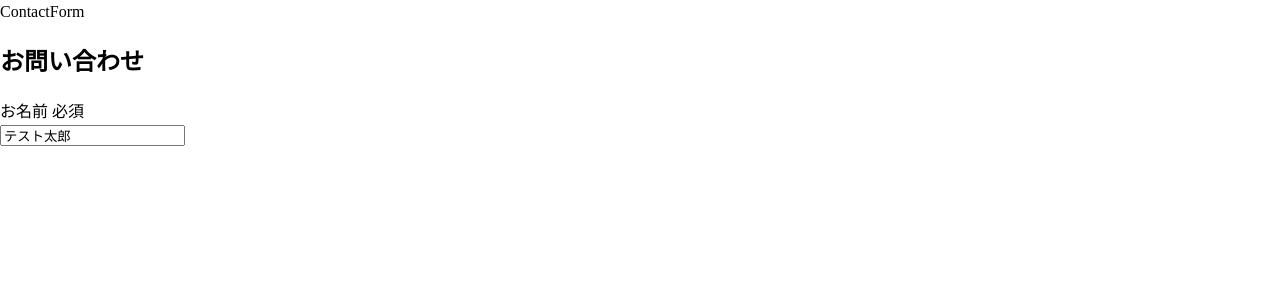
Repository: mayu-ya/my-contact-form
Page: http://localhost/
These files come from the project's save history. The page is drawn as it stood at one moment and after the next save; the edit follows.
The browser window is 1280 px wide. The pictures show the whole page.
The page is served by the project's Laravel application, run on PHP 8.4 with Laravel 8. Other server files are loaded and not shown.

Above is the page before, as saved 2025-12-26 00:23:18.

### src/routes/web.php
<?php

use Illuminate\Support\Facades\Route;
use App\Http\Controllers\ContactController;

/*
|--------------------------------------------------------------------------
| Web Routes
|--------------------------------------------------------------------------
|
| Here is where you can register web routes for your application. These
| routes are loaded by the RouteServiceProvider within a group which
| contains the "web" middleware group. Now create something great!
|
*/

Route::get('/', [ContactController::class,'index']);

### src/app/Http/Controllers/ContactController.php
<?php

namespace App\Http\Controllers;

use Illuminate\Http\Request;

class ContactController extends Controller
{
    public function index()
    {
        return view('index');
    }
}

### src/resources/views/index.blade.php
@extends('layouts.app')

@section('css')
<link rel="stylesheet" href="{{ asset('css/index.css') }}">
@endsection

@section('content')
<div class="form-content">
    <div class="form-title">
        <h2 class="form-title-con">お問い合わせ</h2>
    </div>

    <form class="form">
        <div class="form-name">
            <div class="form-name-content">
                <span class="form-name-content_name">お名前</span>
                <span class="form-name-content_re">必須</span>
            </div>
            <div class="form-name_create">
                <input type="text" name="name" value="テスト太郎">
            </div>
        </div>

        <div class="form-button">
            <button class="form-button_create>作成</button>
        </div>
    </form>
</div>
@endsection

### src/resources/views/layouts/app.blade.php
<!DOCTYPE html>
<html lang="ja">
<head>
    <meta charset="UTF-8">
    <meta name="viewport" content="width=device-width, initial-scale=1.0">
    <title>Contact Form</title>
    <link rel="stylesheet" href="{{ asset('css/sanitize.css') }}">
    @yield('css')
</head>
<body>
    <header class="header">
        <div class="header-title">ContactForm</div>
    </header>

    <main>
        @yield('content')
    </main>
</body>
</html>

### src/public/css/sanitize.css
/* Document
* ========================================================================== */

/**
* Add border box sizing in all browsers (opinionated).
*/

*,
::before,
::after {
  box-sizing: border-box;
}

/**
* 1. Add text decoration inheritance in all browsers (opinionated).
* 2. Add vertical alignment inheritance in all browsers (opinionated).
*/

::before,
::after {
  vertical-align: inherit;
  /* 2 */
  text-decoration: inherit;
  /* 1 */
}

/**
* 1. Use the default cursor in all browsers (opinionated).
* 2. Change the line height in all browsers (opinionated).
* 3. Use a 4-space tab width in all browsers (opinionated).
* 4. Remove the grey highlight on links in iOS (opinionated).
* 5. Prevent adjustments of font size after orientation changes in
*    IE on Windows Phone and in iOS.
* 6. Breaks words to prevent overflow in all browsers (opinionated).
*/

html {
  word-break: break-word;
  /* 6 */
  -moz-tab-size: 4;
  /* 3 */
  tab-size: 4;
  /* 3 */
  line-height: 1.5;
  /* 2 */
  cursor: default;
  /* 1 */

  -webkit-tap-highlight-color: transparent
    /* 4 */
  ;
  -ms-text-size-adjust: 100%;
  /* 5 */
  -webkit-text-size-adjust: 100%;
  /* 5 */
}

/* Sections
* ========================================================================== */

/**
* Remove the margin in all browsers (opinionated).
*/

body {
  margin: 0;
}

/**
* Correct the font size and margin on `h1` elements within `section` and
* `article` contexts in Chrome, Edge, Firefox, and Safari.
*/

h1 {
  margin: 0.67em 0;
  font-size: 2em;
}

/* Grouping content
* ========================================================================== */

/**
* Remove the margin on nested lists in Chrome, Edge, IE, and Safari.
*/

dl dl,
dl ol,
dl ul,
ol dl,
ul dl {
  margin: 0;
}

/**
* Remove the margin on nested lists in Edge 18- and IE.
*/

ol ol,
ol ul,
ul ol,
ul ul {
  margin: 0;
}

/**
* 1. Add the correct sizing in Firefox.
* 2. Show the overflow in Edge 18- and IE.
*/

hr {
  overflow: visible;
  /* 2 */
  height: 0;
  /* 1 */
}

/**
* Add the correct display in IE.
*/

main {
  display: block;
}

/**
* Remove the list style on navigation lists in all browsers (opinionated).
*/

nav ol,
nav ul {
  padding: 0;
  list-style: none;
}

/**
* 1. Correct the inheritance and scaling of font size in all browsers.
* 2. Correct the odd `em` font sizing in all browsers.
*/

pre {
  font-size: 1em;
  /* 2 */
  font-family: monospace, monospace;
  /* 1 */
}

/* Text-level semantics
* ========================================================================== */

/**
* Remove the gray background on active links in IE 10.
*/

a {
  background-color: transparent;
}

/**
* Add the correct text decoration in Edge 18-, IE, and Safari.
*/

abbr[title] {
  text-decoration: underline;
  text-decoration: underline dotted;
}

/**
* Add the correct font weight in Chrome, Edge, and Safari.
*/

b,
strong {
  font-weight: bolder;
}

/**
* 1. Correct the inheritance and scaling of font size in all browsers.
* 2. Correct the odd `em` font sizing in all browsers.
*/

code,
kbd,
samp {
  font-size: 1em;
  /* 2 */
  font-family: monospace, monospace;
  /* 1 */
}

/**
* Add the correct font size in all browsers.
*/

small {
  font-size: 80%;
}

/* Embedded content
* ========================================================================== */

/*
* Change the alignment on media elements in all browsers (opinionated).
*/

audio,
canvas,
iframe,
img,
svg,
video {
  vertical-align: middle;
}

/**
* Add the correct display in IE 9-.
*/

audio,
video {
  display: inline-block;
}

/**
* Add the correct display in iOS 4-7.
*/

audio:not([controls]) {
  display: none;
  height: 0;
}

/**
* Remove the border on iframes in all browsers (opinionated).
*/

iframe {
  border-style: none;
}

/**
* Remove the border on images within links in IE 10-.
*/

img {
  border-style: none;
}

/**
* Change the fill color to match the text color in all browsers (opinionated).
*/

svg:not([fill]) {
  fill: currentColor;
}

/**
* Hide the overflow in IE.
*/

svg:not(:root) {
  overflow: hidden;
}

/* Tabular data
* ========================================================================== */

/**
* Collapse border spacing in all browsers (opinionated).
*/

table {
  border-collapse: collapse;
}

/* Forms
* ========================================================================== */

/**
* Remove the margin on controls in Safari.
*/

button,
input,
select {
  margin: 0;
}

/**
* 1. Show the overflow in IE.
* 2. Remove the inheritance of text transform in Edge 18-, Firefox, and IE.
*/

button {
  overflow: visible;
  /* 1 */
  text-transform: none;
  /* 2 */
}

/**
* Correct the inability to style buttons in iOS and Safari.
*/

button,
[type="button"],
[type="reset"],
[type="submit"] {
  -webkit-appearance: button;
}

/**
* 1. Change the inconsistent appearance in all browsers (opinionated).
* 2. Correct the padding in Firefox.
*/

fieldset {
  padding: 0.35em 0.75em 0.625em;
  /* 2 */
  border: 1px solid #a0a0a0;
  /* 1 */
}

/**
* Show the overflow in Edge 18- and IE.
*/

input {
  overflow: visible;
}

/**
* 1. Correct the text wrapping in Edge 18- and IE.
* 2. Correct the color inheritance from `fieldset` elements in IE.
*/

legend {
  display: table;
  /* 1 */
  max-width: 100%;
  /* 1 */
  color: inherit;
  /* 2 */
  white-space: normal;
  /* 1 */
}

/**
* 1. Add the correct display in Edge 18- and IE.
* 2. Add the correct vertical alignment in Chrome, Edge, and Firefox.
*/

progress {
  display: inline-block;
  /* 1 */
  vertical-align: baseline;
  /* 2 */
}

/**
* Remove the inheritance of text transform in Firefox.
*/

select {
  text-transform: none;
}

/**
* 1. Remove the margin in Firefox and Safari.
* 2. Remove the default vertical scrollbar in IE.
* 3. Change the resize direction in all browsers (opinionated).
*/

textarea {
  overflow: auto;
  /* 2 */
  margin: 0;
  /* 1 */
  resize: vertical;
  /* 3 */
}

/**
* Remove the padding in IE 10-.
*/

[type="checkbox"],
[type="radio"] {
  padding: 0;
}

/**
* 1. Correct the odd appearance in Chrome, Edge, and Safari.
* 2. Correct the outline style in Safari.
*/

[type="search"] {
  outline-offset: -2px;
  /* 2 */

  -webkit-appearance: textfield;
  /* 1 */
}

/**
* Correct the cursor style of increment and decrement buttons in Safari.
*/

::-webkit-inner-spin-button,
::-webkit-outer-spin-button {
  height: auto;
}

/**
* Correct the text style of placeholders in Chrome, Edge, and Safari.
*/

::-webkit-input-placeholder {
  color: inherit;
  opacity: 0.54;
}

/**
* Remove the inner padding in Chrome, Edge, and Safari on macOS.
*/

::-webkit-search-decoration {
  -webkit-appearance: none;
}

/**
* 1. Correct the inability to style upload buttons in iOS and Safari.
* 2. Change font properties to `inherit` in Safari.
*/

::-webkit-file-upload-button {
  font: inherit;
  /* 2 */

  -webkit-appearance: button;
  /* 1 */
}

/**
* Remove the inner border and padding of focus outlines in Firefox.
*/

::-moz-focus-inner {
  padding: 0;
  border-style: none;
}

/**
* Restore the focus outline styles unset by the previous rule in Firefox.
*/

:-moz-focusring {
  outline: 1px dotted ButtonText;
}

/**
* Remove the additional :invalid styles in Firefox.
*/

:-moz-ui-invalid {
  box-shadow: none;
}

/* Interactive
* ========================================================================== */

/*
* Add the correct display in Edge 18- and IE.
*/

details {
  display: block;
}

/*
* Add the correct styles in Edge 18-, IE, and Safari.
*/

dialog {
  position: absolute;
  right: 0;
  left: 0;
  display: block;
  margin: auto;
  padding: 1em;
  width: -moz-fit-content;
  width: -webkit-fit-content;
  width: fit-content;
  height: -moz-fit-content;
  height: -webkit-fit-content;
  height: fit-content;
  border: solid;
  background-color: white;
  color: black;
}

dialog:not([open]) {
  display: none;
}

/*
* Add the correct display in all browsers.
*/

summary {
  display: list-item;
}

/* Scripting
* ========================================================================== */

/**
* Add the correct display in IE 9-.
*/

canvas {
  display: inline-block;
}

/**
* Add the correct display in IE.
*/

template {
  display: none;
}

/* User interaction
* ========================================================================== */

/*
* 1. Remove the tapping delay in IE 10.
* 2. Remove the tapping delay on clickable elements
in all browsers (opinionated).
*/

a,
area,
button,
input,
label,
select,
summary,
textarea,
[tabindex] {
  -ms-touch-action: manipulation;
  /* 1 */
  touch-action: manipulation;
  /* 2 */
}

/**
* Add the correct display in IE 10-.
*/

[hidden] {
  display: none;
}

/* Accessibility
* ========================================================================== */

/**
* Change the cursor on busy elements in all browsers (opinionated).
*/

[aria-busy="true"] {
  cursor: progress;
}

/*
* Change the cursor on control elements in all browsers (opinionated).
*/

[aria-controls] {
  cursor: pointer;
}

/*
* Change the cursor on disabled, not-editable, or otherwise
* inoperable elements in all browsers (opinionated).
*/

[aria-disabled="true"],
[disabled] {
  cursor: not-allowed;
}

/*
* Change the display on visually hidden accessible elements
* in all browsers (opinionated).
*/

[aria-hidden="false"][hidden] {
  display: initial;
}

[aria-hidden="false"][hidden]:not(:focus) {
  position: absolute;
  clip: rect(0, 0, 0, 0);
}

Loaded but not shown: src/app/Http/Controllers/Controller.php (common file); src/public/css/index.css (no stored copy; drawn as an empty file)

After the next save:
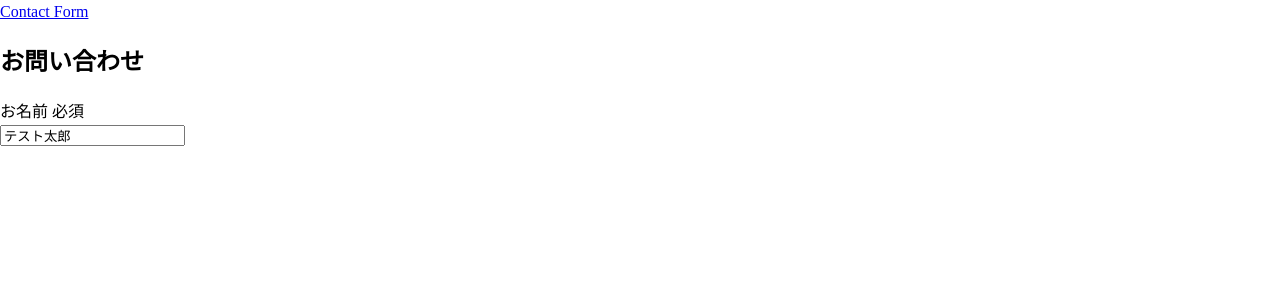
Saved 3 min 16 s later.
--- a/src/resources/views/layouts/app.blade.php
+++ b/src/resources/views/layouts/app.blade.php
@@ -9,7 +9,9 @@
 </head>
 <body>
     <header class="header">
-        <div class="header-title">ContactForm</div>
+        <div class="header-title">
+            <a href="/" class="header-logo">Contact Form</a>
+        </div>
     </header>
 
     <main>
